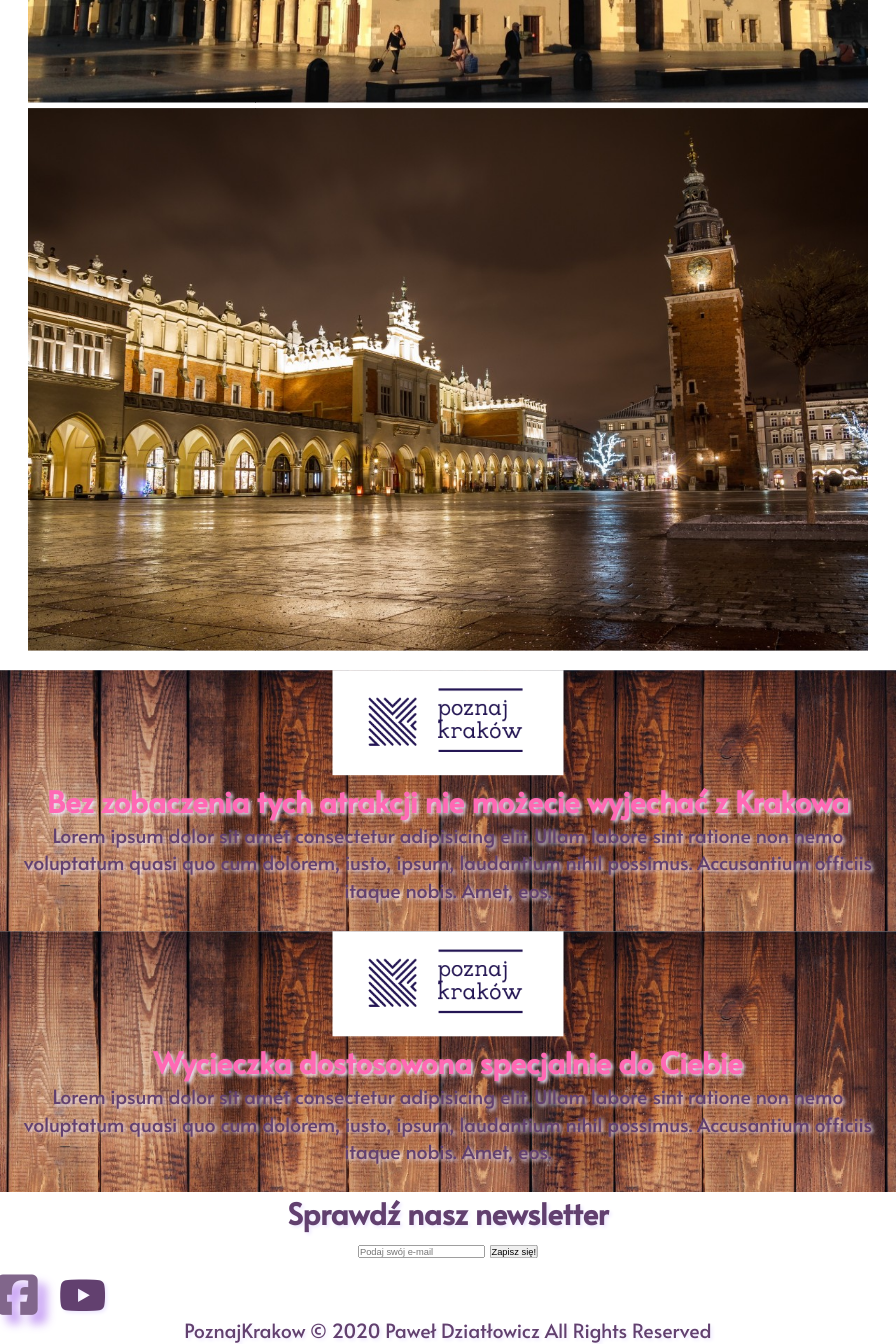
Repository: DZIALEK/projekt1
Page: projekt1.html
An editor plug-in stored every save of this project. The page is shown before and after the next save, followed by the edit.
The browser window is 1280 px wide. The pictures show the part of the page from y = 2828 to 4748 px (the page is 4748 px tall), at 70% of full size.
The pointer rests on the first visible `.social-media i`.
Some icons come from a web library that is not loaded, so they are not drawn. A picture or video elsewhere on the page could not be fetched, so the positions and the page height are approximate. Some web libraries are served in a nearby version.

Above is the page before, as saved 2020-07-15 00:52:32.

### projekt1.html
<!DOCTYPE html>
<html lang="pl=pl">
<head>
    <meta charset="UTF-8">
    <meta name="viewport" content="width=device-width, initial-scale=1.0">
    <title>Poznaj Kraków</title>
    <link rel="stylesheet" href="projekt1.css">
    <script src="https://kit.fontawesome.com/47e99c0280.js" crossorigin="anonymous"></script>
 </head>
<body>
    <header>
        <video autoplay muted loop id="video_header">
            <source src="dodatki/cracow_movie_lc.mp4">
        </video>
        <div class="logo">
            <a href="#">
                <img src="dodatki/logo_L.png" alt="Tutaj jest logo Poznaj Kraków">
            </a>
        </div>
        <div class="top">
            <h1>Poznaj Kraków</h1>
            <p>Od 1989r. skutecznie zarażamy miłością do Krakowa</p>
            <a href="#">SPRAWDŹ NAS!</a>
        </div>
        <nav>
            <ul>
                <li><a href="#">START</a></li>
                <li><a href="#">CO ZWIEDZAĆ</a></li>
                <li><a href="#">WYCIECZKI</a></li>
                <li><a href="#">CENNIK</a></li>
                <li><a href="#">O NAS</a></li>
            </ul>
        </nav>
    </header>
    <main>
        <section class="section-welcome">
            <h1 class="section-header">
               Witaj na naszej stronie !
            </h1>
            <img src="dodatki/foto3.jpg" alt="Tutaj jest zdjęcie Krakowa1">
            <img src="dodatki/foto2.jpg" alt="Tutaj jest zdjęcie Krakowa2">
        </section>
        <section class="section-welcome2">
            <img src="dodatki/foto1.jpg" alt="Tutaj jest zdjęcie Krakowa3">
            <img src="dodatki/foto4.jpg" alt="Tutaj jest zdjęcie Krakowa4">
        </section>
        <section class="section-best">
            <div class="section-best-img"></div>
            <img src="dodatki/logo_L.png" alt="">
            <h2>Bez zobaczenia tych atrakcji nie możecie wyjechać z Krakowa</h2>
            <p>Lorem ipsum dolor sit amet consectetur adipisicing elit. Ullam labore sint ratione non nemo voluptatum quasi quo cum dolorem, iusto, ipsum, laudantium nihil possimus. Accusantium officiis itaque nobis. Amet, eos.</p>
            </div>
        </section>
        <section class="section-best2">
            <div class="section-best2-img">
            <img src="dodatki/logo_L.png" alt="">
            <h2>Wycieczka dostosowona specjalnie do Ciebie</h2>
            <p>Lorem ipsum dolor sit amet consectetur adipisicing elit. Ullam labore sint ratione non nemo voluptatum quasi quo cum dolorem, iusto, ipsum, laudantium nihil possimus. Accusantium officiis itaque nobis. Amet, eos.</p>
            </div>
        </section>
    <!-- zrobić wyczieczkę typu: Krakowianie ich znienawidzili wycieczka 5dni w okół Krakowa -->
    <section class="section-newsletter">
    <div class="newsteletter-wrapper">
        <h2>Sprawdź nasz newsletter</h2>
        <form action="" method="">
            <input type="email" placeholder="Podaj swój e-mail">
            <button type="submit">Zapisz się!</button>
        </form>
    </div>
    </section>
    <div class="social-media">
        <a href="#"><i class="fab fa-facebook-square"></i></a>
        <a href="#"><i class="fab fa-youtube"></i></a>
        <a href="#"><i class="fab fa-tripadvisor"></i></a>
    </div>
    </main>

    <footer>
        PoznajKrakow &copy; 2020 Paweł Dziatłowicz All Rights Reserved
    </footer>
</body>
</html>

### projekt1.css
@import url('http://fonts.googleapis.com/css?family=Alata&subset=latin,latin-ext');

* {
    margin: 0;
    padding: 0;
    box-sizing: border-box;
}

html{
    scroll-behavior: smooth;
  }

body {
    background-color: #FFFFFF;
    color: #62406F; text-shadow: #EEE8FF 0.1em 0.1em 0.2em;
    /* CDCCCC */
    font-family: 'Alata', sans-serif;
    font-size: 28px;
    width: 100%;
}

a {
    text-decoration: none;
}

section {
    text-align: center;
}

footer {
    text-align: center;
}

img {
    max-width: 100%;
}

div {
    width: 100%;
    height: 100%;
}

#video_header {
    min-width: 100%;
    min-height: 100%;
    position: relative;
    bottom: 0;
    right: 0;
}

.logo {
    position: fixed;
    top: 10px;
    left: 85%;
    width: 100%;
}

.logo img {
    width: 120px;
}

.top h1 {
    position: absolute;
    left: 50%;
    top: 30%;
    transform: translate(-50%, -50%);
    font-size: 100px;
}

.top h1~p {
    position: absolute;
    left: 50%;
    top: 45%;
    margin-top: 20px;
    transform: translate(-50%, -50%);
    font-size: 30px;
}

.top h1~a {
    position: absolute;
    left: 50%;
    top: 55%;
    transform: translate(-50%, -50%);
    text-align: center;
    border: 2px solid #d6caf8;
    padding: 10px 15px;
    font-size: 40px;
}

nav {
    box-shadow: 1px 1px 1px 1px #352564;
}

nav ul {
    list-style-type: none;
    width: 100%;
}

nav li {
    position: relative;
    text-align: center;
}

nav a {
    transition: 0.5s;
}

nav a:hover {
    color: #c386cf;
    text-shadow: 0 0 0.1em #271B2B, 0 0 0.1em #271B2B, 0 0 0.1em #271B2B;
    /* text-shadow: #271B2B 0.1em 0.1em 0.1em; */
    /* #EEE8FF  */
}

.section-welcome {
    position: relative;
    top: 50px;
    margin-bottom: 50px;
}

.section-welcome h1 {
    margin-bottom: 60px;
    font-size: 40px;
    color: greenyellow;
     font-weight: 100;
}

.section-welcome2 {
    position: relative;
    margin: 20px auto;
}

.section-best {
    position: relative;
    margin: 0px auto;
    background-image: url(/dodatki/bg1.jpg);
    background-size: cover;
}

.section-best-img {
    width: 100%;
}


.section-best h2 {
    color: hotpink;
}

.section-best p {
    padding-bottom: 40px;
}

.section-best2 {
    position: relative;
    margin: 0px auto;
    background-image: url(/dodatki/bg1.jpg);
    background-size: cover;
}

.section-best2-img {
    width: 100%;
}


.section-best2 h2 {
    color: hotpink;
}

.section-best2 p {
    padding-bottom: 40px;
}

.social-media i {
    color: #62406F;
    text-align: center;
    margin-top: 20px;
    font-size: 60px;
    transition: 2s;
    letter-spacing: 25px;
}

.social-media i:hover {
    /* color: #ff792b; */
    opacity: 0.8;
    text-shadow: #be90f3 0.2em 0.2em 0.2em;
    transform: scale(1.1,1.1);
    transition-duration: 250ms;
    transition-timing-function: ease-out;
}

After the next save:
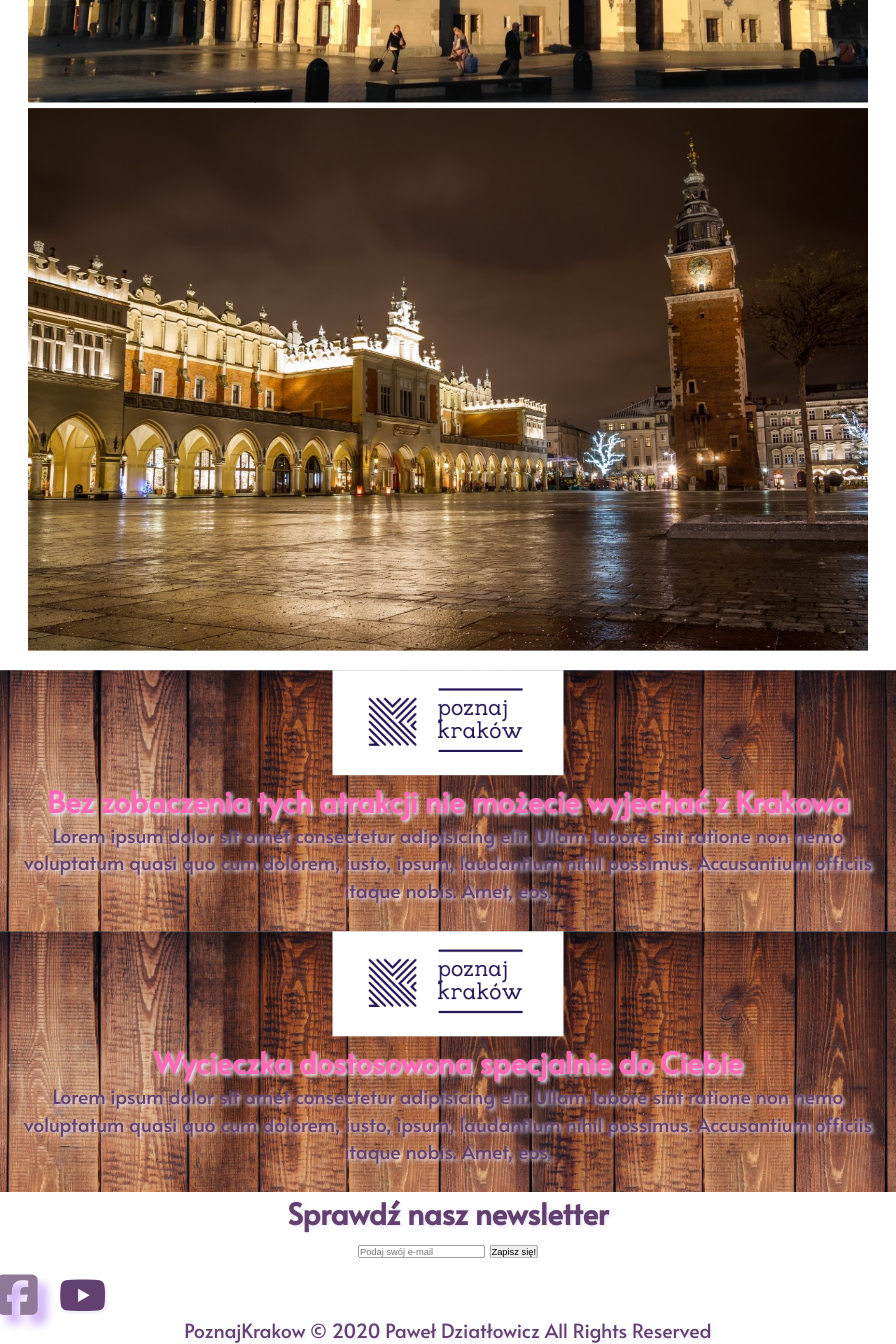
Saved 5 s later.
--- a/projekt1.css
+++ b/projekt1.css
@@ -181,7 +181,7 @@ nav a:hover {
 
 .social-media i:hover {
     /* color: #ff792b; */
-    opacity: 0.8;
+    opacity: 0.7;
     text-shadow: #be90f3 0.2em 0.2em 0.2em;
     transform: scale(1.1,1.1);
     transition-duration: 250ms;
